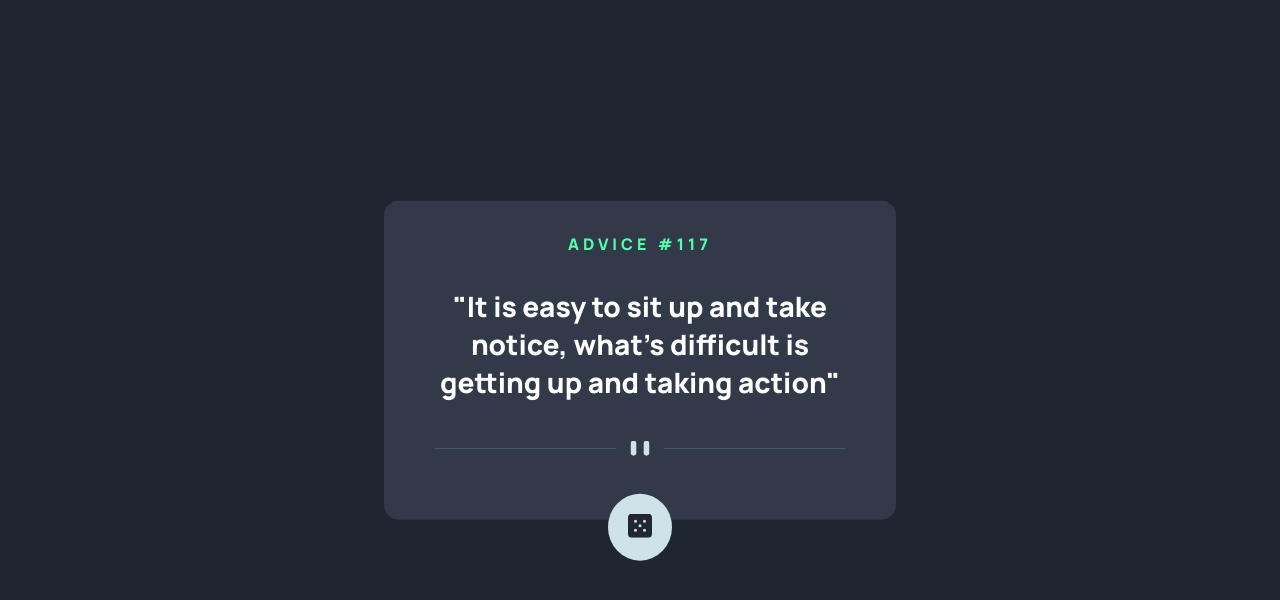
Repository: WindOfCodes/advice-generator-app
Page: index.html
An editor plug-in stored every save of this project. The page is shown before and after a run of saves, followed by the edit.
The browser window is 1280 px wide. The pictures show the whole page.

Above is the page before, as saved 2022-11-28 22:19:15.

After the next 4 saves:
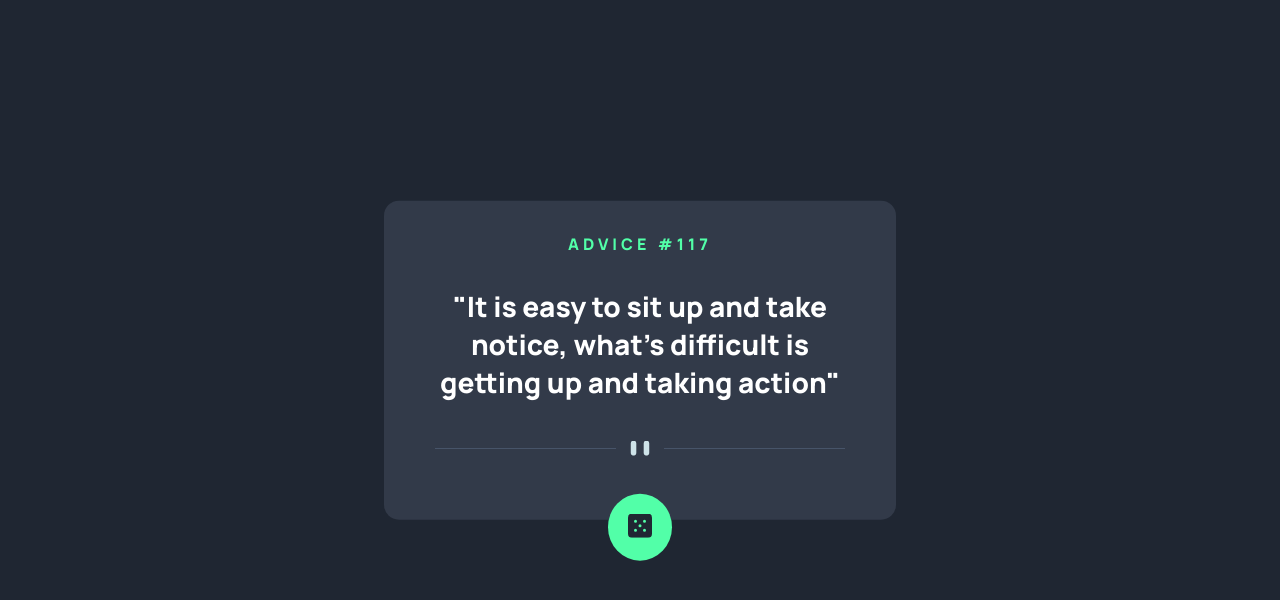
The 4 saves are shown as one change because they came seconds apart.
The last was saved 20 s later.
--- a/styles/main.css
+++ b/styles/main.css
@@ -57,7 +57,7 @@ body {
 .dice {
   border: none;
   border-radius: 50%;
-  background-color: hsl(193, 38%, 86%);
+  background-color: hsl(150, 100%, 66%);
   padding: 20px;
   position: absolute;
   top: 92%;
